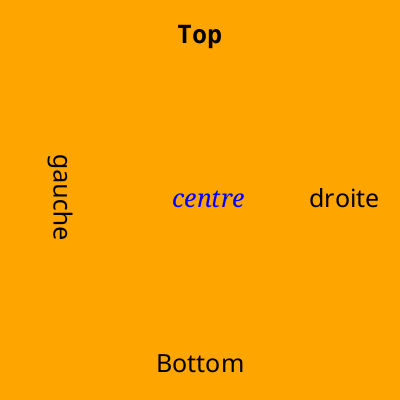
Repository: guehel/Workspace
Program's window: java HelloWorldJavaFx/src/application/Main.java
The author's editor kept a copy of each file at every save. The program's window is drawn from the files as they stood at one save, then again after the next save.
It runs on Java 21 on a 1366 x 768 screen with JavaFX 11; the title bar is not drawn.

Above is the program's window before, as saved 2014-09-25 22:56:31.

### HelloWorldJavaFx/src/application/Main.java
package application;

import com.sun.javafx.geom.transform.BaseTransform;
import com.sun.javafx.jmx.MXNodeAlgorithm;
import com.sun.javafx.jmx.MXNodeAlgorithmContext;
import com.sun.javafx.sg.prism.NGNode;

import javafx.application.Application;
import javafx.geometry.Pos;
import javafx.stage.Stage;
import javafx.scene.Node;
import javafx.scene.Scene;
import javafx.scene.control.Button;
import javafx.scene.layout.BorderPane;
import javafx.scene.layout.HBox;
import javafx.scene.text.Text;

public class Main extends Application {
	@Override
	public void start(Stage primaryStage) {
		try {

			HBox hBox = new HBox();
			hBox.getChildren().add(new Button("Centre"));
			BorderPane root = new BorderPane();
			Button text = new Button("centre");

			root.setCenter(new Text("centre"));
			Text top = new Text("Top");
			top.setStyle("-fx-");
			root.setTop(top);
			root.setLeft(new Text("gauche"));
			root.setRight(new Text("droite"));
			root.setBottom(new Text("Bottom"));
			root.getCenter().setStyle("-fx-background-color: orange;");
			root.getCenter().setStyle("-fx-font-family:serif; -fx-font-style:italic;-fx-stroke-with: 10px;-fx-fill: blue;");
			root.getLeft().setStyle("-fx-rotate: 90deg;");
			root.getTop().setStyle("-fx-font-weight: bold;-fx-font-family:monospace;");
			root.getRight().setStyle("-fx-visibility:hidden;");
			BorderPane.setAlignment(root.getCenter(), Pos.CENTER);
			BorderPane.setAlignment(root.getTop(), Pos.CENTER);
			BorderPane.setAlignment(root.getBottom(), Pos.CENTER);
			BorderPane.setAlignment(root.getLeft(), Pos.CENTER);
			BorderPane.setAlignment(root.getRight(), Pos.CENTER);
			Scene scene = new Scene(root, 400, 400);
			scene.getStylesheets().add(
					getClass().getResource("application.css").toExternalForm());
			primaryStage.setScene(scene);
			primaryStage.show();
		} catch (Exception e) {
			e.printStackTrace();
		}
	}

	public static void main(String[] args) {
		launch(args);
	}
}

### HelloWorldJavaFx/src/application/application.css
.root{

	-fx-font-size:25px;
	-fx-background-color: orange;
	-fx-padding: 20px;


}

After the next save:
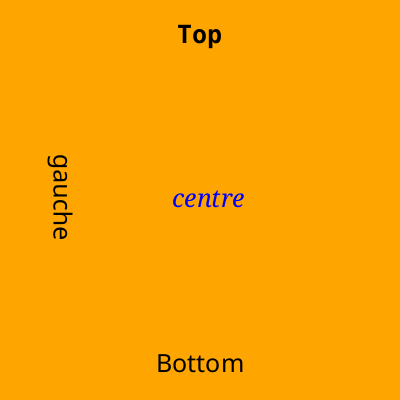
Saved 25 s later.
--- a/HelloWorldJavaFx/src/application/Main.java
+++ b/HelloWorldJavaFx/src/application/Main.java
@@ -36,7 +36,7 @@
 			root.getCenter().setStyle("-fx-font-family:serif; -fx-font-style:italic;-fx-stroke-with: 10px;-fx-fill: blue;");
 			root.getLeft().setStyle("-fx-rotate: 90deg;");
 			root.getTop().setStyle("-fx-font-weight: bold;-fx-font-family:monospace;");
-			root.getRight().setStyle("-fx-visibility:hidden;");
+			root.getRight().setStyle("visibility:hidden;");
 			BorderPane.setAlignment(root.getCenter(), Pos.CENTER);
 			BorderPane.setAlignment(root.getTop(), Pos.CENTER);
 			BorderPane.setAlignment(root.getBottom(), Pos.CENTER);
